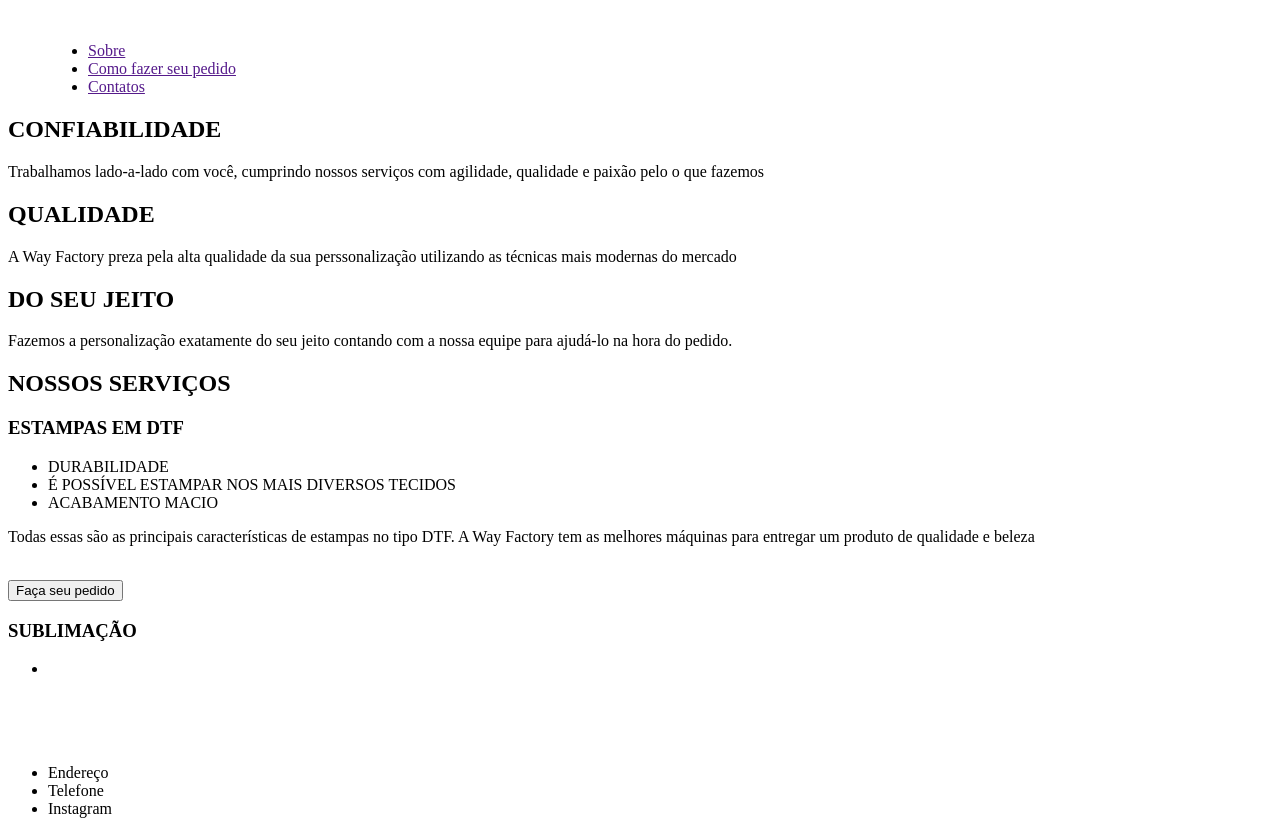
Repository: Leonngc/way-factory
Page: index.html
These files come from the project's save history. The page is drawn as it stood at one moment and after a run of saves; the edit follows.
The browser window is 1280 px wide. The pictures show the whole page.
Some icons come from a web library that is not loaded, so they are not drawn.

Above is the page before, as saved 2023-02-07 20:11:05.

After the next 7 saves:
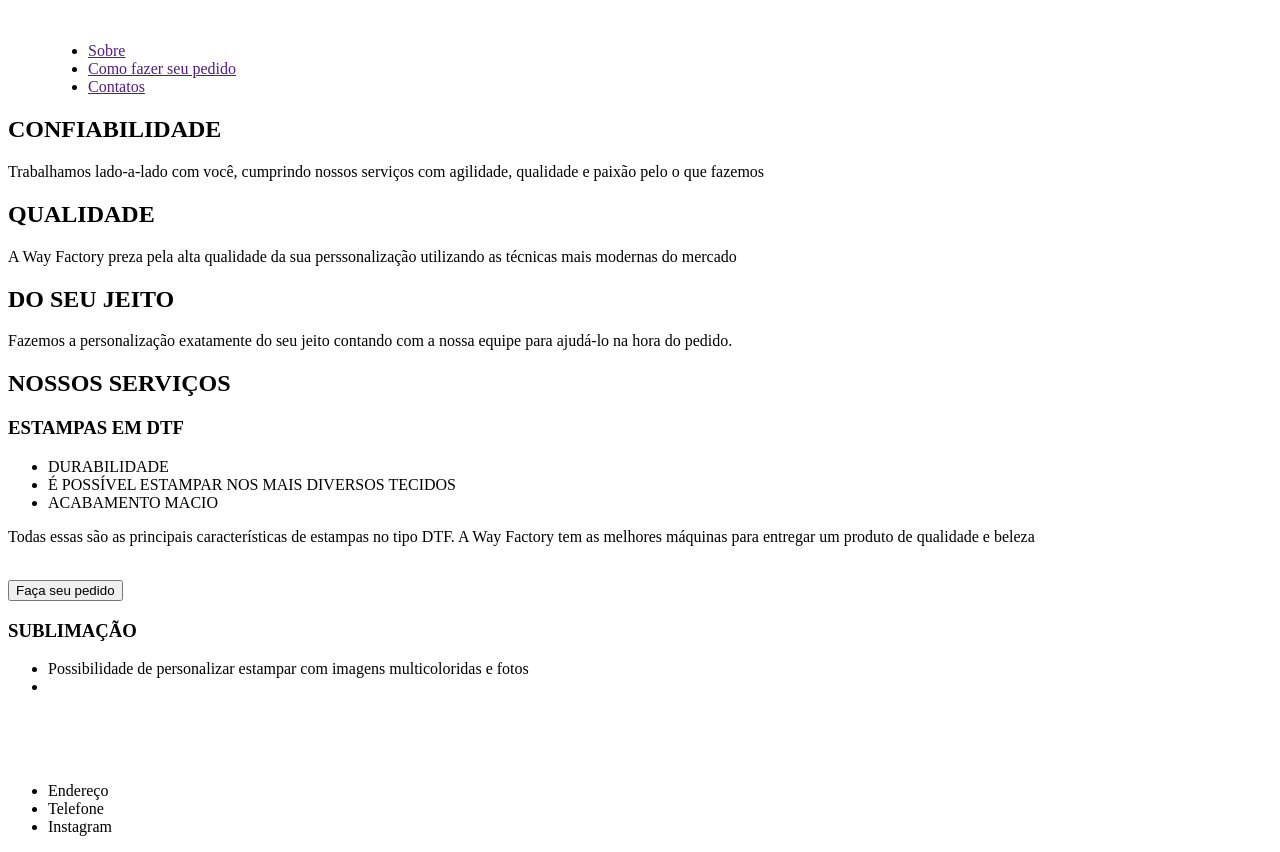
The 7 saves are shown as one change because they came seconds apart.
The last was saved 26 s later.
--- a/index.html
+++ b/index.html
@@ -72,6 +72,7 @@
                 <h3>SUBLIMAÇÃO</h3>
                <div>
                 <ul>
+                    <li>Possibilidade de personalizar estampar com imagens multicoloridas e fotos</li>
                     <li></li>
                 </ul>
             </div>
